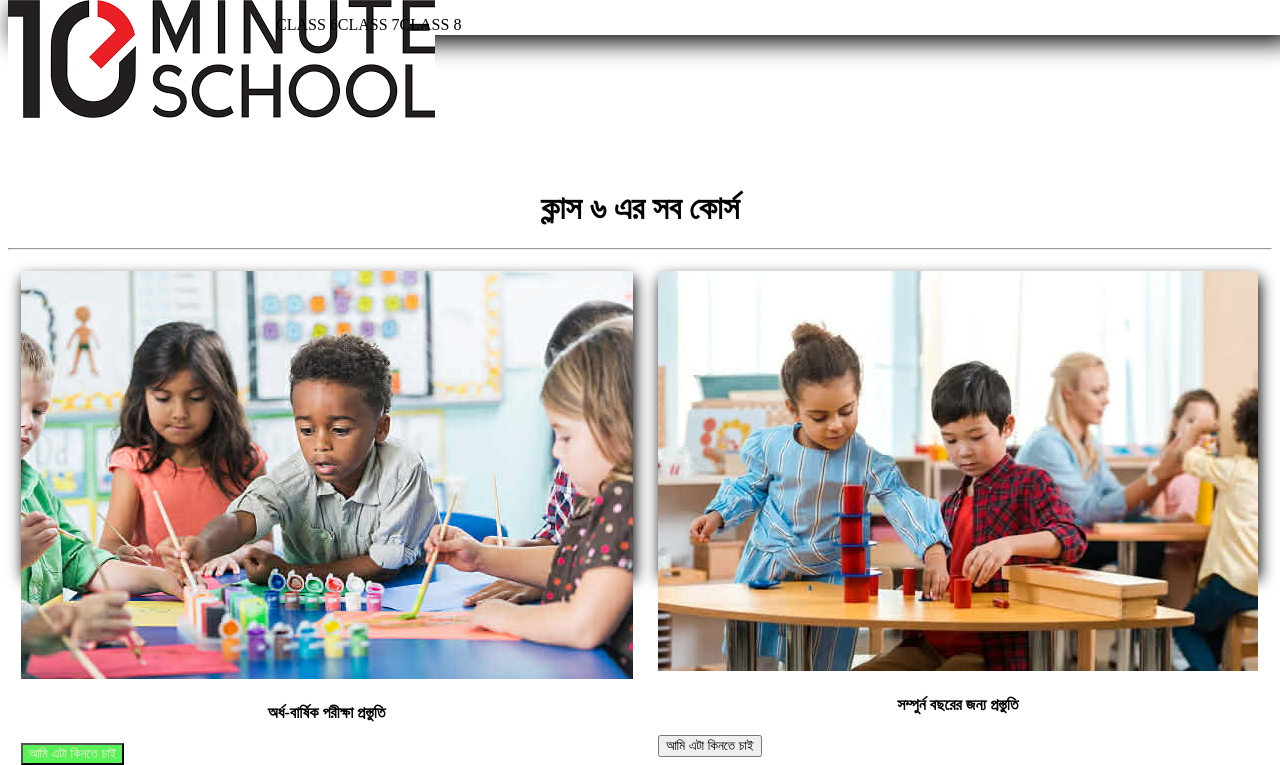
Repository: ridhukhan/10MinuteCourse
Page: /
An editor plug-in stored every save of this project. The page is shown before and after a run of saves, followed by the edit.
The browser window is 1280 px wide. The pictures show the whole page.
The project was rebuilt for these pictures with package versions that can differ from the ones it lists, and the page was loaded fresh each time. Also part of the build but not shown: vite.config.js.

Above is the page before, as saved 2025-12-14 20:03:43.

### index.html
<!doctype html>
<html lang="en">
  <head>
    <meta charset="UTF-8" />
    <link rel="icon" type="image/svg+xml" href="/vite.svg" />
    <meta name="viewport" content="width=device-width, initial-scale=1.0" />
    <title>10minuteschool</title>
  </head>
  <body>
    <div id="root"></div>
    <script type="module" src="/src/main.jsx"></script>
  </body>
</html>

### src/index.css
@media screen and (max-width: 500px){
  *{
    width: 100%;
    padding: 0;
    margin: 0;
  }
}

### src/App.jsx
import { BrowserRouter ,Routes, Route } from "react-router-dom"
import Navber from "./Nav/Navber"
import Home from "./pages/Home"



function App() {

  return (
<div>

<BrowserRouter>
<Navber/>
<Routes>

<Route path="/" element={<Home/>}/>





</Routes>





</BrowserRouter>






</div>
  )
}

export default App

### src/Nav/Navber.jsx
import React from 'react'
import "./Navbar.css"
import mainLogo from "../assets/mainlogo.png"
const Navber = () => {
  return (
    <div className='navBar'>

<div className='navlogo'>
<img src={mainLogo} alt="logo"/>
</div>
<ul>
    <li>CLASS 6</li>
    <li>CLASS 7</li>
    <li>CLASS 8</li>
</ul>
</div>
  )
}

export default Navber

### src/pages/Home.jsx
import React from 'react'
import Class6c from '../Component/Class6c'

const Home = () => {
  return (
    <div>



        <h1 style={{justifyContent:"center", textAlign:"center" ,marginTop:"15%"}}>ক্লাস ৬ এর সব কোর্স</h1>
    <hr />
    <Class6c/>

    </div>
  )
}

export default Home

### src/Nav/Navbar.css
.navBar{
width: 100%;
display: flex;
z-index: 1000;
position: fixed;
top: 0;
height: 35px;
box-shadow: 4px 7px 25px;
}
.navBar .navlogo{
    width: 100px;
    height: 100px;
}
.navBar ul{
    display: flex;
    margin-left: 10%;
}
.navBar ul li{
    list-style: none;
}

### src/Component/Class6c.jsx
import React from 'react'
import "./Class6c.css"
import class61 from '../assets/class61.jpeg'
import class62 from '../assets/class62.jpeg'
const Class6c = () => {
  return (
    <div className='class6main'>
<div className='class61i'>
  <div>
    <img src={class61} alt="class61" />
   </div>
  <div className='class61t'>
    <h4>অর্ধ-বার্ষিক পরীক্ষা প্রস্তুতি</h4>
    <button>আমি এটা কিনতে চাই</button>
  </div>
</div>

<div className='class62i'>
<div>
<img src={class62} alt="class62" />
</div>

<div className='class61t'>
<h4>সম্পুর্ন বছরের জন্য  প্রস্তুতি</h4>
<button>আমি এটা কিনতে চাই</button>
</div>
</div>



    </div>
  )
}

export default Class6c

### src/Component/Class6c.css
.class6main{
    display: flex;
    height: 40vh;
    width: 100%;

}
.class6main .class61i{
    height: 42vh;
    margin: 1%;
   box-shadow: 2px 7px 15px black;
   border-radius: 4px;
}
.class6main .class62i{
      height: 42vh;
    margin: 1%;
   box-shadow: 2px 7px 15px black;
   border-radius: 4px;

}
.class61i h4{
    text-align: center;
}
.class62i h4{
    text-align: center;
}
.class61i button{
  background: rgb(88, 241, 88);
  color: antiquewhite;
}

Loaded but not shown: src/main.jsx (common file)

After the next 2 saves:
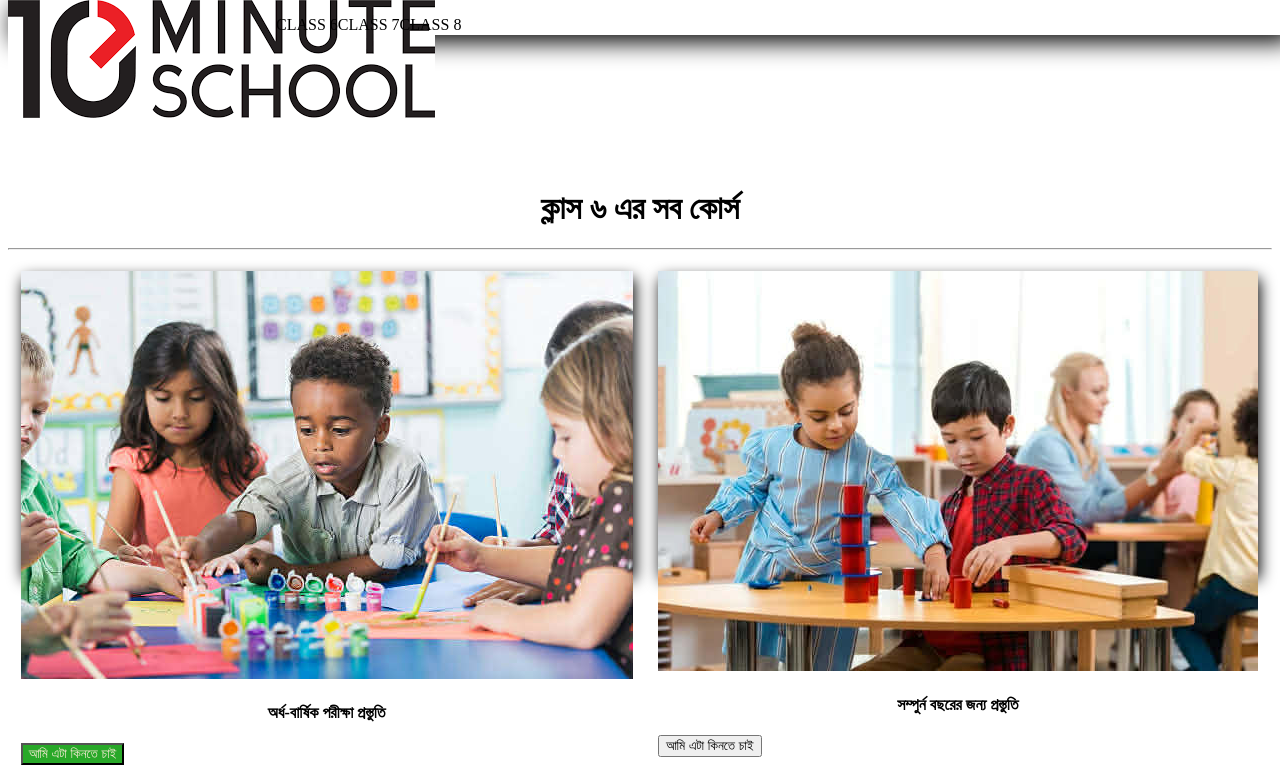
The 2 saves are shown as one change because they came seconds apart.
The last was saved 10 s later.
--- a/src/Component/Class6c.css
+++ b/src/Component/Class6c.css
@@ -24,6 +24,6 @@
     text-align: center;
 }
 .class61i button{
-  background: rgb(88, 241, 88);
+  background: rgb(40, 168, 40);
   color: antiquewhite;
 }
